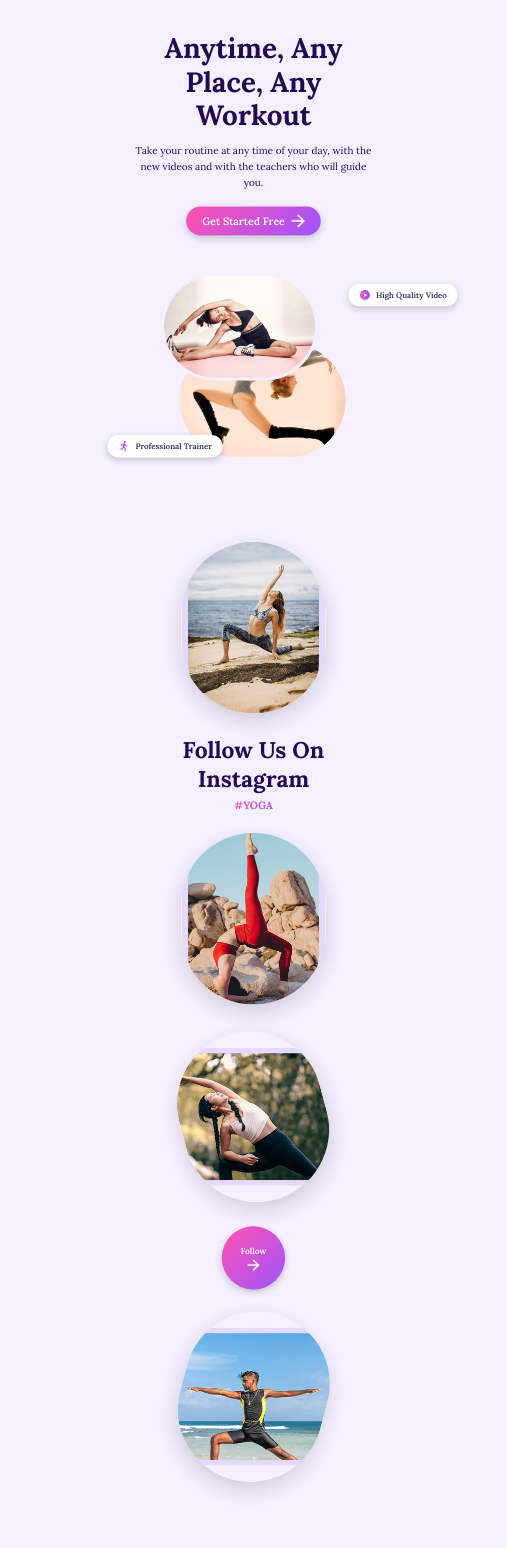
Repository: EunsuhJeon/responsive-yoga-website
Page: index.html
An editor plug-in stored every save of this project. The page is shown before and after the next save, followed by the edit.
The browser window is 768 px wide. The pictures show the whole page, at 66% of full size.

Above is the page before, as saved 2025-11-26 00:14:33.

### index.html
<!DOCTYPE html>
<html lang="en">
<head>
    <meta charset="UTF-8">
    <meta name="viewport" content="width=device-width, initial-scale=1.0">
    <title>Yoga website</title>
    <link rel="stylesheet" href="./main.css">
    <link rel="preconnect" href="https://fonts.googleapis.com">
    <link rel="preconnect" href="https://fonts.gstatic.com" crossorigin>
    <link href="https://fonts.googleapis.com/css2?family=Lora:ital,wght@0,400..700;1,400..700&display=swap" rel="stylesheet">
</head>
<body>
    <header>

    </header>
    <main>
        <!-- Jade - start -->

        <!-- Jade - end -->


        <!-- Andrea - start -->
        <section class="section-4-place">
            <div class="section-4-place-content">
                <h1 class="section-4-title">
                    Anytime, Any<br>
                    Place, Any<br>
                    Workout
                </h1>
                <p class="section-4-text">
                    Take your routine at any time of your day, with the new
                    videos and with the teachers who will guide you.
                </p>
                <button class="btn btn-primary">
                    Get Started Free
                    <img
                        class="btn-icon"
                        src="./assets/icons/p2-s1-button-pink-Arrow.png"
                        alt="Arrow icon">
                </button>
            </div>

            <div class="section-4-place-media">
                <div class="section-4-place-images">
                    <img
                        class="section-4-place-img section-4-place-img-top"
                        src="./assets/images/b2-s1-routine-yoga-1.png"
                        alt="Yoga routine 1">
                    <img
                        class="section-4-place-img section-4-place-img-bottom"
                        src="./assets/images/b2-s1-routine-yoga-2.png"
                        alt="Yoga routine 2">
                </div>

                <button class="pill-btn pill-btn-top">
                    <img
                        class="pill-icon"
                        src="./assets/icons/p2-s1-button-white-ri_play.svg"
                        alt="Play icon">
                    High Quality Video
                </button>

                <button class="pill-btn pill-btn-bottom">
                    <img
                        class="pill-icon"
                        src="./assets/icons/p2-s1-button-white-person.svg"
                        alt="Person icon">
                    Professional Trainer
                </button>
            </div>
        </section>

        <!-- Seccion 5 - Follow -->
        <section class="seccion-5-follow">
        <!-- fila superior -->
        <div class="seccion-5-top">
            <img
            class="seccion-5-img seccion-5-img-tl"
            src="./assets/images/b2-s2-follow-yoga-1.png"
            alt="Yoga pose on the beach">

            <div class="seccion-5-text">
            <h2 class="seccion-5-title">
                Follow Us On<br>Instagram
            </h2>
            <p class="seccion-5-hashtag">
                <span class="gradient-text">#YOGA</span>
            </p>
            </div>

            <img
            class="seccion-5-img seccion-5-img-tr"
            src="./assets/images/b2-s2-follow-yoga-2.png"
            alt="Yoga pose on rocks">
        </div>

        <!-- fila inferior -->
        <div class="seccion-5-bottom">
            <!-- contenedor rotado abajo izquierda -->
            <div class="seccion-5-img-wrapper seccion-5-img-wrapper-bl">
            <img
                class="seccion-5-img"
                src="./assets/images/b2-s2-follow-yoga-3.png"
                alt="Yoga stretch in the forest">
            </div>

            <!-- botón circular central -->
            <button class="btn btn-circle">
            <span>Follow</span>
            <img
                class="btn-icon"
                src="./assets/icons/p2-s1-button-pink-Arrow.png"
                alt="Arrow icon">
            </button>

            <!-- contenedor rotado abajo derecha -->
            <div class="seccion-5-img-wrapper seccion-5-img-wrapper-br">
            <img
                class="seccion-5-img"
                src="./assets/images/b2-s2-follow-yoga-4.png"
                alt="Yoga pose by the sea">
            </div>
        </div>
        </section>


    <!-- Andrea - end -->
    </main>
    <footer>

    </footer>
</body>
</html>

### main.css
*{
    box-sizing: border-box;
    margin: 0;
    padding: 0;
    font-family: "Lora", serif;
    font-optical-sizing: auto;
    font-style: normal;
}

body{
    width: 100%;
    height: 100%;
}

:root {
  --btn-gradient: linear-gradient(135deg, #FF52AF, #9F53FF);
  --btn-text: #fff;
  --btn-radius: 64px;
  --btn-padding: 12px 24px;
  --btn-shadow: 0 4px 12px rgba(0, 0, 0, 0.20);
}

button,
.btn {
  background: var(--btn-gradient);
  color: var(--btn-text);
  padding: var(--btn-padding);
  border: none;
  border-radius: var(--btn-radius);
  box-shadow: var(--btn-shadow);

  font-size: 16px;
  font-weight: 600;
  cursor: pointer;
  transition: transform 0.2s ease, opacity 0.2s ease;
}

/* Hover */
button:hover,
.btn:hover {
  transform: translateY(-2px);
  opacity: 0.9;
}

/* Active (cuando se hace click) */
button:active,
.btn:active {
  transform: translateY(0);
  opacity: 0.75;
}

@media (prefers-color-scheme: light) {
  body {
    background: #F5F0FF;
    color: #220953;
  }
}

@media (prefers-color-scheme: dark) {
  body {
    background: #14092A;
    color: #D1C0F1;
  }

    /* Andrea: Section-4 pill buttons cambian a #372A51 en oscuro */
  .pill-btn {
    background: #372A51;
    color: #F5F0FF;
  }
}



/* jade - start */

/* jade - end */



/* Andrea - start */

/* ---------- Section 4 - Place ---------- */
/* ----------TIPOGRAFÍA / TEXTOS---------- */

.section-4-title {
  font-size: clamp(2.4rem, 3vw + 1.2rem, 3.4rem);
  line-height: 1.2;
  margin-bottom: 16px;
}

.section-4-text {
  font-size: 0.95rem;
  line-height: 1.6;
  max-width: 360px;
  margin-bottom: 24px;
}

/* botón principal dentro de la sección */
.btn-primary {
  display: inline-flex;
  align-items: center;
  gap: 10px;
}

.btn-icon {
  width: 20px;
  height: 20px;
}

/* ---------- SECTION-4-PLACE ---------- */

.section-4-place {
  max-width: 1120px;
  margin: 0 auto;
  padding: 80px 16px;
  display: flex;
  align-items: center;
  justify-content: space-between;
  gap: 56px;
}

.section-4-place-content {
  flex: 1;
}

.section-4-place-media {
  flex: 1;
  position: relative;
  display: flex;
  justify-content: center;
}

.section-4-place-images {
  position: relative;
  width: 360px;
  height: 360px;
}

.section-4-place-img {
  width: 100%;
  height: auto;
  border-radius: 192px;
  object-fit: cover;
}

.section-4-place-img-top {
  position: absolute;
  top: 0;
  left: 0%;
  width: 85%;
  z-index: 2;
}

.section-4-place-img-bottom {
  position: absolute;
  bottom: 0;
  right: 0%;
  width: 90%;
  z-index: 1;
}

/* ---------- BOTONES BLANCOS (PILLS) ---------- */

.pill-btn {
  position: absolute;
  display: inline-flex;
  align-items: center;
  gap: 8px;
  padding: 8px 16px;
  border-radius: 16px;
  background: #ffffff;
  color: #372A51;
  font-size: 0.75rem;
  font-weight: 600;
  box-shadow: var(--btn-shadow);
  border: none;
  z-index: 10;
}

.pill-icon {
  width: 18px;
  height: 18px;
}

.pill-btn-top {
  top: 22%;
  right: 12%;
  transform: translate(20%, -50%);
}

.pill-btn-bottom {
  bottom: 12%;
  left: 12%;
  transform: translate(-15%, 50%);
}


/* ---------- RESPONSIVE ---------- */

@media (max-width: 768px) {
  .section-4-place {
    flex-direction: column;
    text-align: center;
    padding-top: 48px;
  }

  .section-4-place-content {
    order: 1;
  }

  .section-4-place-text {
    margin-left: auto;
    margin-right: auto;
  }

  .section-4-place-media {
    order: 2;
    width: 100%;
  }

  .section-4-place-images {
    width: 280px;
    height: 280px;
  }

  .pill-btn-top {
    top: 12%;
    right: 8%;
    transform: translate(0, -50%);
  }

  .pill-btn-bottom {
    bottom: 6%;
    left: 20%;
    transform: translate(0, 50%);
  }
}


/* -------- Seccion 5 - Follow -------- */

.seccion-5-follow {
  max-width: 1120px;
  margin: 0 auto;
  padding: 80px 16px 96px;
}

/* filas superior e inferior */
.seccion-5-top,
.seccion-5-bottom {
  display: flex;
  align-items: center;
  justify-content: space-between;
  gap: 32px;
}

.seccion-5-top {
  margin-bottom: 40px;
}

/* bloque de texto central */
.seccion-5-text {
  text-align: center;
}

.seccion-5-title {
  font-size: clamp(2rem, 2.4vw + 1rem, 2.6rem);
  line-height: 1.3;
  margin-bottom: 8px;
}

/* hashtag con gradiente rosa-violeta ya definido */
.gradient-text {
  background: var(--btn-gradient);
  -webkit-background-clip: text;
  background-clip: text;
  color: transparent;
  font-weight: 700;
}

/* imágenes */
.seccion-5-img {
  width: 220px;
  height: 260px;
  object-fit: cover;
  border-radius: 120px;
  box-shadow: 0 12px 30px rgba(0, 0, 0, 0.15);
}

/* abajo son más apaisadas */
.seccion-5-img-bl,
.seccion-5-img-br {
  width: 260px;
  height: 170px;
}

/* rotaciones */

/* contenedor abajo izquierda */
.seccion-5-img-wrapper-bl {
  transform: rotate(-15deg);
}

/* contenedor abajo derecha */
.seccion-5-img-wrapper-br {
  transform: rotate(15deg);
}

/* imagen interna sin rotación */
.seccion-5-img-wrapper-bl img,
.seccion-5-img-wrapper-br img {
  transform: rotate(0deg);
}


/* botón circular central: usa los colores globales de btn */
.btn-circle {
  width: 96px;
  height: 96px;
  padding: 0;
  border-radius: 64px;
  display: flex;
  flex-direction: column;
  align-items: center;
  justify-content: center;
  gap: 4px;
  font-size: 0.8rem;
}

.btn-circle .btn-icon {
  width: 18px;
  height: 18px;
}

/* -------- Responsive seccion 5 -------- */

@media (max-width: 768px) {
  .seccion-5-top,
  .seccion-5-bottom {
    flex-direction: column;
  }

  .seccion-5-follow {
    padding-top: 48px;
  }

  .seccion-5-img-bl,
  .seccion-5-img-br {
    transform: none;           /* para que no se salgan del viewport en mobile */
  }
}

/* Andrea - end */

After the next save:
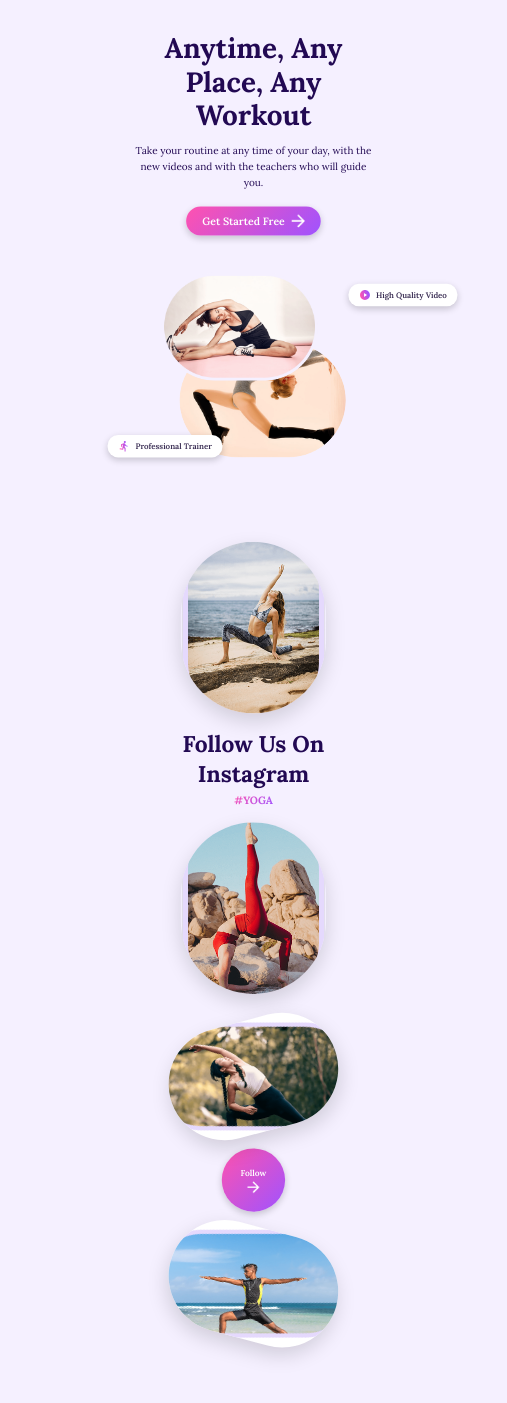
Saved 2 min 28 s later.
--- a/main.css
+++ b/main.css
@@ -269,7 +269,11 @@ button:active,
   margin-bottom: 8px;
 }
 
-/* hashtag con gradiente rosa-violeta ya definido */
+.seccion-5-hashtag {
+  font-size: 1rem;
+}
+
+/* hashtag con gradiente rosa-violeta ya definido en --btn-gradient */
 .gradient-text {
   background: var(--btn-gradient);
   -webkit-background-clip: text;
@@ -278,7 +282,7 @@ button:active,
   font-weight: 700;
 }
 
-/* imágenes */
+/* imágenes superiores (verticales) */
 .seccion-5-img {
   width: 220px;
   height: 260px;
@@ -287,33 +291,38 @@ button:active,
   box-shadow: 0 12px 30px rgba(0, 0, 0, 0.15);
 }
 
-/* abajo son más apaisadas */
-.seccion-5-img-bl,
-.seccion-5-img-br {
+/* ----- Imágenes inferiores con marco inclinado ----- */
+
+/* marco blanco apaisado */
+.seccion-5-img-wrapper {
   width: 260px;
   height: 170px;
-}
-
-/* rotaciones */
-
-/* contenedor abajo izquierda */
+  border-radius: 120px;
+  background: #ffffff;
+  box-shadow: 0 12px 30px rgba(0, 0, 0, 0.15);
+  overflow: hidden;
+  display: flex;
+  align-items: center;
+  justify-content: center;
+}
+
+/* la foto dentro del marco */
+.seccion-5-img-wrapper img {
+  width: 120%;
+  height: 120%;
+  object-fit: cover;
+}
+
+/* rotación del marco (y de la foto junto con él) */
 .seccion-5-img-wrapper-bl {
   transform: rotate(-15deg);
 }
 
-/* contenedor abajo derecha */
 .seccion-5-img-wrapper-br {
   transform: rotate(15deg);
 }
 
-/* imagen interna sin rotación */
-.seccion-5-img-wrapper-bl img,
-.seccion-5-img-wrapper-br img {
-  transform: rotate(0deg);
-}
-
-
-/* botón circular central: usa los colores globales de btn */
+/* botón circular central: usa los estilos generales de .btn */
 .btn-circle {
   width: 96px;
   height: 96px;
@@ -335,19 +344,32 @@ button:active,
 /* -------- Responsive seccion 5 -------- */
 
 @media (max-width: 768px) {
+  .seccion-5-follow {
+    padding-top: 48px;
+  }
+
   .seccion-5-top,
   .seccion-5-bottom {
     flex-direction: column;
-  }
-
-  .seccion-5-follow {
-    padding-top: 48px;
-  }
-
-  .seccion-5-img-bl,
-  .seccion-5-img-br {
-    transform: none;           /* para que no se salgan del viewport en mobile */
-  }
-}
+    gap: 24px;
+  }
+
+  .seccion-5-text {
+    order: 1;
+  }
+
+  .seccion-5-img-tl {
+    order: 0;
+  }
+
+  .seccion-5-img-tr {
+    order: 2;
+  }
+
+  .seccion-5-bottom {
+    align-items: center;
+  }
+}
+
 
 /* Andrea - end */
